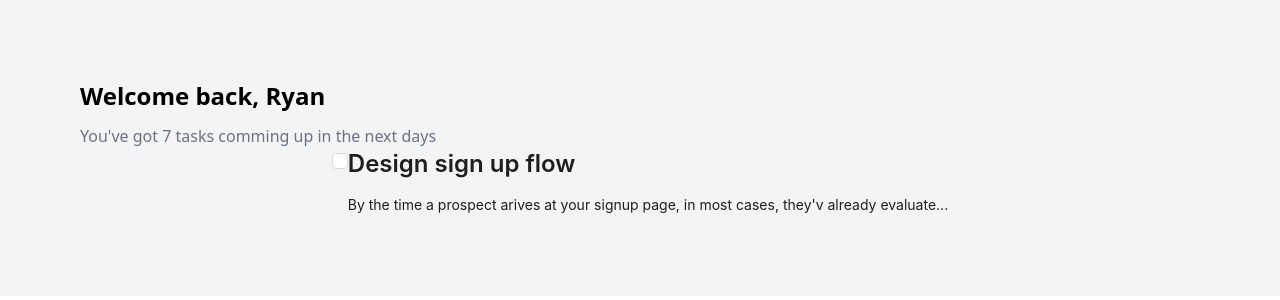
Repository: daohuyhoang9119/TodoApp
Page: /
An editor plug-in stored every save of this project. The page is shown before and after the next save, followed by the edit.
The browser window is 1280 px wide. The pictures show the whole page.
The project was rebuilt for these pictures with package versions that can differ from the ones it lists, and the page was loaded fresh each time. Also part of the build but not shown: vite.config.ts, src/App.css.

Above is the page before, as saved 2023-02-22 10:38:11.

### index.html
<!DOCTYPE html>
<html lang="en">

<head>
  <meta charset="UTF-8" />
  <link rel="icon" type="image/svg+xml" href="/vite.svg" />
  <meta name="viewport" content="width=device-width, initial-scale=1.0" />
  <title>Do It N💲W</title>
</head>

<body>
  <div id="root"></div>
  <script type="module" src="/src/main.tsx"></script>
</body>

</html>

### src/App.tsx
import { useState } from "react";
import "./App.css";
import Header from "./components/Header/Header";
import TaskItem from "./components/TaskItem/TaskItem";
function App() {
  return (
    <div className="w-full p-20 bg-gray-100">
      <Header />
      <TaskItem />
    </div>
  );
}

export default App;

### src/components/Header/Header.tsx
import { useState } from "react";

function Header() {
  return (
    <div className="">
      <h1 className="font-sans text-2xl font-semibold mb-3">
        Welcome back, Ryan
      </h1>
      <p className="font-sans text-gray-500">
        You've got 7 tasks comming up in the next days
      </p>
    </div>
  );
}

export default Header;

### src/components/TaskItem/TaskItem.tsx
import { useState } from "react";
import { Typography, Checkbox } from "antd";

const { Title, Text } = Typography;
import { UserOutlined } from "@ant-design/icons";
import { Input } from "antd";

function TaskItem() {
  return (
    <div className="flex justify-center">
      <div className="">
        <Checkbox></Checkbox>
      </div>
      <div className="">
        <Title level={3} className="text-xs">
          Design sign up flow
        </Title>
        <Text>
          By the time a prospect arives at your signup page, in most cases,
          they'v already evaluate...
        </Text>
      </div>
    </div>
  );
}

export default TaskItem;

Loaded but not shown: src/main.tsx (common file); src/index.css (common file); tailwind.config.cjs (common file)

After the next save:
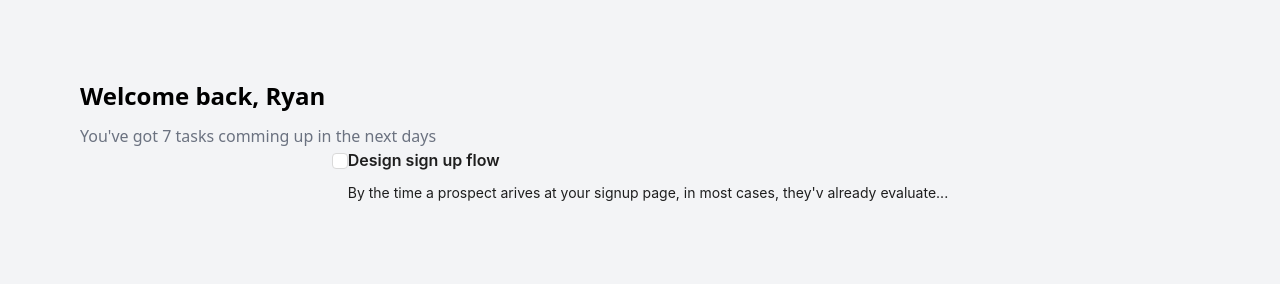
Saved 23 s later.
--- a/src/components/TaskItem/TaskItem.tsx
+++ b/src/components/TaskItem/TaskItem.tsx
@@ -12,7 +12,7 @@ function TaskItem() {
         <Checkbox></Checkbox>
       </div>
       <div className="">
-        <Title level={3} className="text-xs">
+        <Title level={5} className="text-xs">
           Design sign up flow
         </Title>
         <Text>
